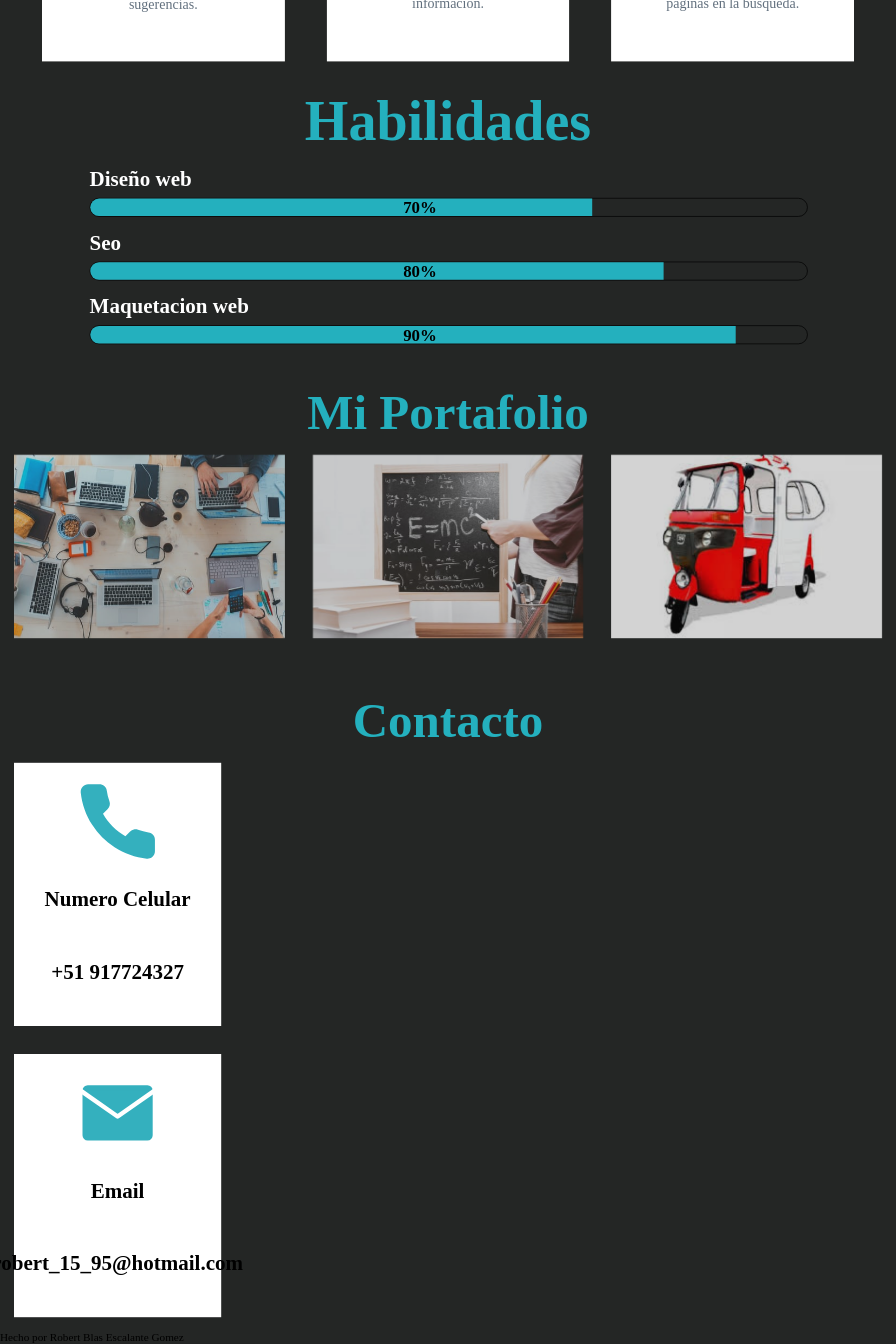
Repository: RobertAries28/PortafolioRobertEscalanteGomez2022
Page: index.html
The author's editor kept a copy of each file at every save. The page is drawn from the files as they stood at one save, then again after the next save.
The browser window is 1280 px wide. The pictures show the part of the page from y = 1634 to 3554 px (the page is 3554 px tall before and 3417 px after), at 70% of full size.

Above is the page before, as saved 2022-02-15 20:30:14.

After the next save:
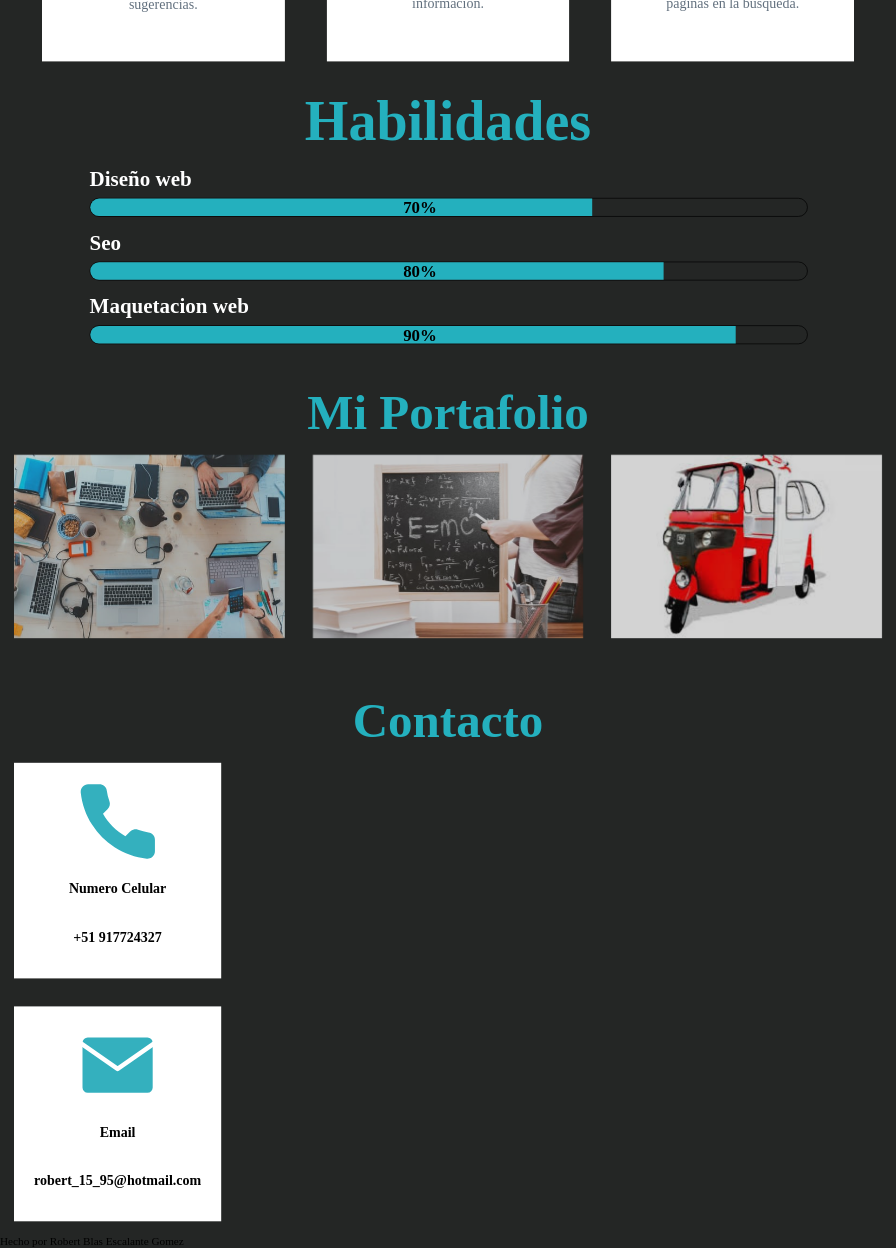
Saved 19 s later.
--- a/estilos.css
+++ b/estilos.css
@@ -394,11 +394,11 @@
  }
 
  .contacto h3{
-     font-size: 30px;
+     font-size: 20px;
  }
 
  .contacto h4{
-     font-size: 30px;
+     font-size: 20px;
  }
 
  .contacto div{
